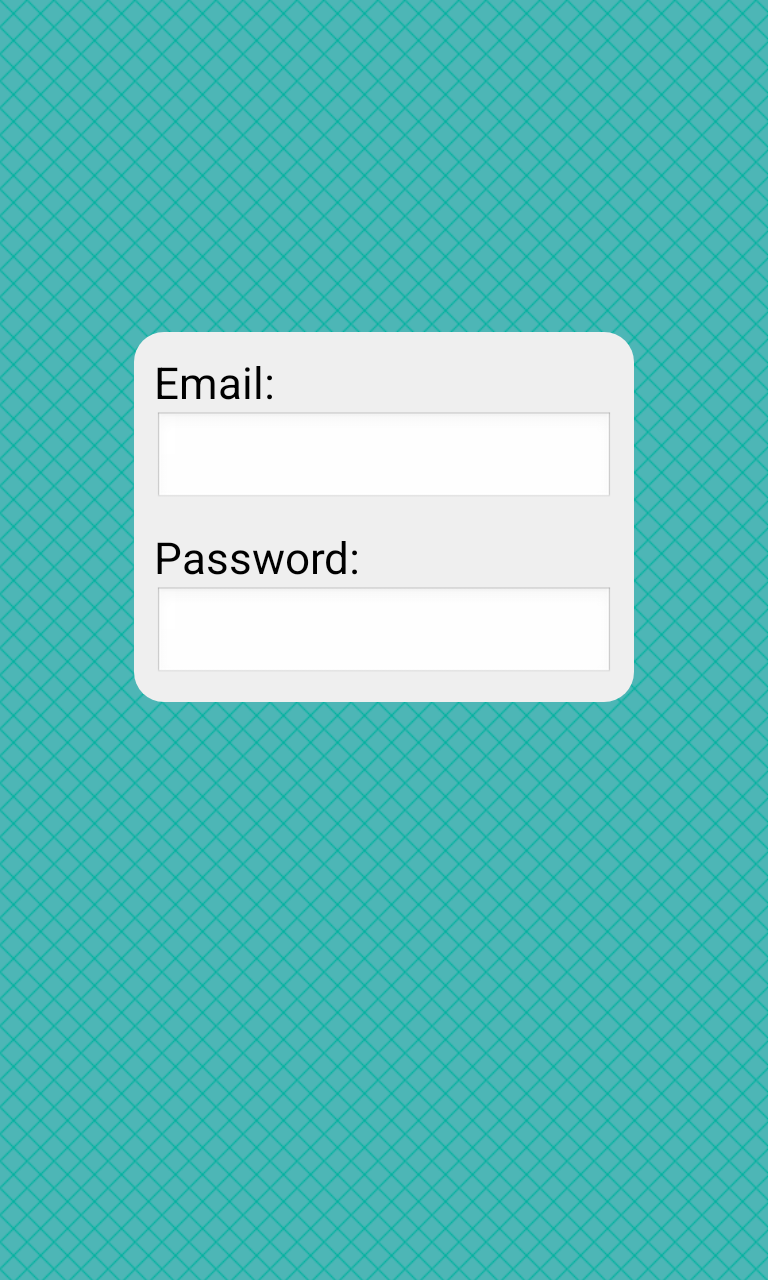
Repository: ppamorim/Coderock-X
Layout: workspace-Android/teste1/res/layout/activity_login.xml
An editor plug-in stored every save of this project. The layout is shown before and after the next save, followed by the edit.
It is drawn on a 768 x 1280 px phone screen (xhdpi) without system bars, with theme android:Theme.NoTitleBar; the app's code is not run.

Above is the layout before, as saved 2014-01-05 06:05:34.

### workspace-Android/teste1/res/layout/activity_login.xml
<?xml version="1.0" encoding="utf-8"?>
<LinearLayout xmlns:android="http://schemas.android.com/apk/res/android"
    xmlns:tools="http://schemas.android.com/tools"
    android:id="@+id/LinearLayout1"
    android:layout_width="match_parent"
    android:layout_height="match_parent"
    android:background="@drawable/background"
    android:orientation="vertical"
    android:paddingBottom="@dimen/activity_vertical_margin"
    android:paddingLeft="@dimen/activity_horizontal_margin"
    android:paddingRight="@dimen/activity_horizontal_margin"
    android:paddingTop="@dimen/activity_vertical_margin"
    tools:context=".MainActivity" >

	<!-- <View
        android:id="@+id/spacer1"
        android:layout_width="wrap_content"
        android:layout_height="0dp"
        android:layout_gravity="center_horizontal"
        android:layout_weight="0.18"
        android:background="@layout/rounded" />-->

    <FrameLayout
        android:layout_width="250dp"
        android:layout_height="wrap_content"
        android:layout_gravity="center"
        android:background="@layout/rounded"
        android:layout_marginTop="150dp">

        <LinearLayout
            android:layout_width="match_parent"
            android:layout_height="match_parent"
            android:orientation="vertical" >

            <TextView
                android:id="@+id/textView1"
                android:layout_width="wrap_content"
                android:layout_height="wrap_content"
                android:text="@string/Email"
                android:textColor="#000"
                android:layout_marginTop="10dp"
                android:layout_marginLeft="10dp"
            	android:layout_marginRight="10dp"
                android:textAppearance="?android:attr/textAppearanceLarge" />

            	<EditText
            	android:id="@+id/editText1"
            	android:layout_width="match_parent"
            	android:layout_height="wrap_content"
            	android:layout_marginLeft="10dp"
            	android:layout_marginRight="10dp"
            	android:ems="10" />

            <TextView
                android:id="@+id/textView2"
                android:layout_width="wrap_content"
                android:layout_height="wrap_content"
                android:text="@string/Password"
                android:textColor="#000"
                android:layout_marginTop="10dp"
                android:layout_marginLeft="10dp"
            	android:layout_marginRight="10dp"
                android:textAppearance="?android:attr/textAppearanceLarge" />

        <EditText
            android:id="@+id/editText1"
            android:layout_width="match_parent"
            android:layout_height="wrap_content"
            android:layout_marginBottom="10dp"
                android:layout_marginLeft="10dp"
            	android:layout_marginRight="10dp"
            android:ems="10" >
        </EditText>
        </LinearLayout>

    </FrameLayout>

</LinearLayout>

### workspace-Android/teste1/res/drawable-hdpi/background.xml
<?xml version="1.0" encoding="utf-8"?>
<bitmap xmlns:android="http://schemas.android.com/apk/res/android"
  android:src="@drawable/bg"
  android:tileMode="repeat" />

### workspace-Android/teste1/res/layout/rounded.xml
<?xml version="1.0" encoding="utf-8"?>
<layer-list xmlns:android="http://schemas.android.com/apk/res/android">
    <item>
        <shape android:shape="rectangle" >
            <corners android:radius="15dip" />
            <solid android:color="#efefef" />
            <stroke android:width="0dp" android:color="#bebfc1"/>
        </shape>
    </item>
</layer-list>

### workspace-Android/teste1/res/values/strings.xml
<?xml version="1.0" encoding="utf-8"?>
<resources>

    <string name="app_name">Feel</string>
    <string name="action_settings">Settings</string>
    <string name="hello_world">Hello world!</string>
    <string name="Email">Email:</string>
    <string name="Password">Password:</string>
    <string name="Resultado">Resultado:</string>
    <string name="BotaoSomar">Somar</string>
    <string name="BotaoSub">Subtrair</string>
    <string name="BotaoMulti">Multiplicar</string>
    <string name="BotaoDividir">Dividir</string>

</resources>

Loaded but not shown: workspace-Android/teste1/res/values/dimens.xml (common file)

After the next save:
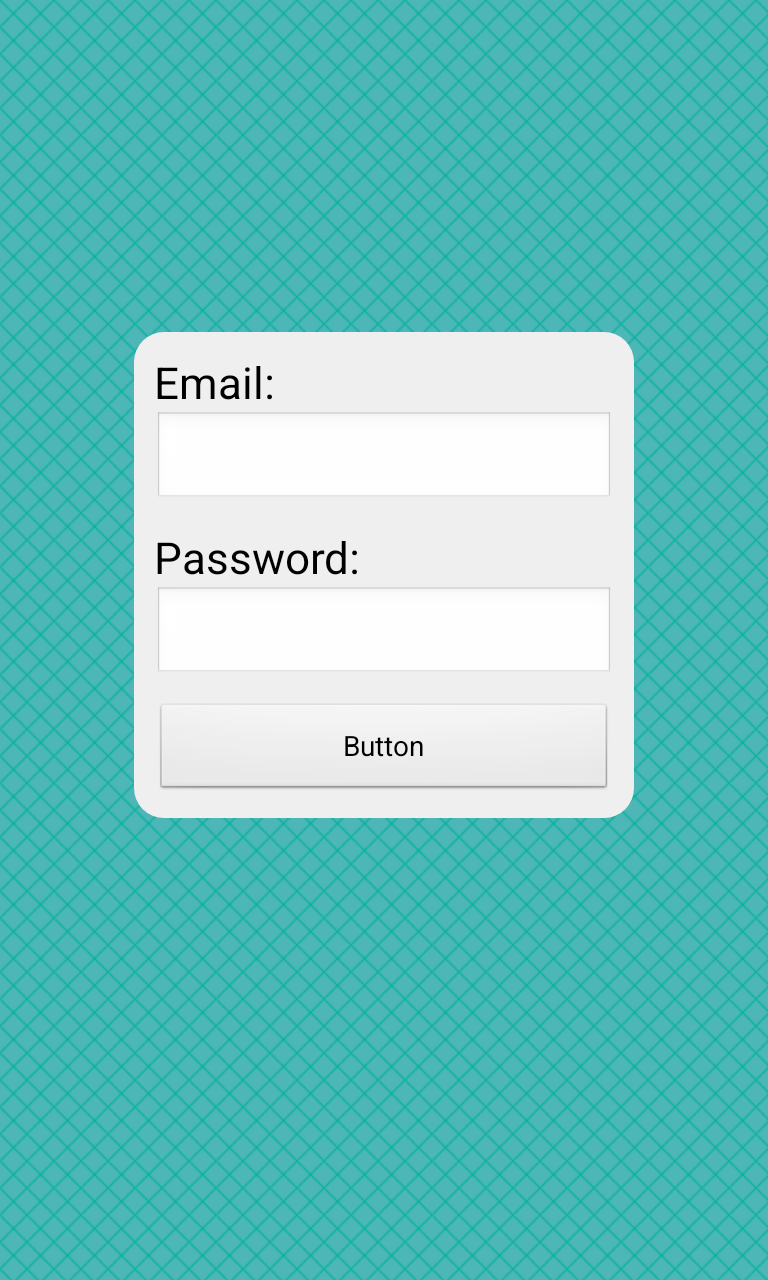
Saved 68 s later.
--- a/workspace-Android/teste1/res/layout/activity_login.xml
+++ b/workspace-Android/teste1/res/layout/activity_login.xml
@@ -71,6 +71,16 @@
             	android:layout_marginRight="10dp"
             android:ems="10" >
         </EditText>
+
+        <Button
+            android:id="@+id/button1"
+            android:layout_width="fill_parent"
+            android:layout_height="wrap_content"
+            android:layout_marginBottom="10dp"
+                android:layout_marginLeft="10dp"
+            	android:layout_marginRight="10dp"
+            android:text="Button" />
+
         </LinearLayout>
 
     </FrameLayout>
